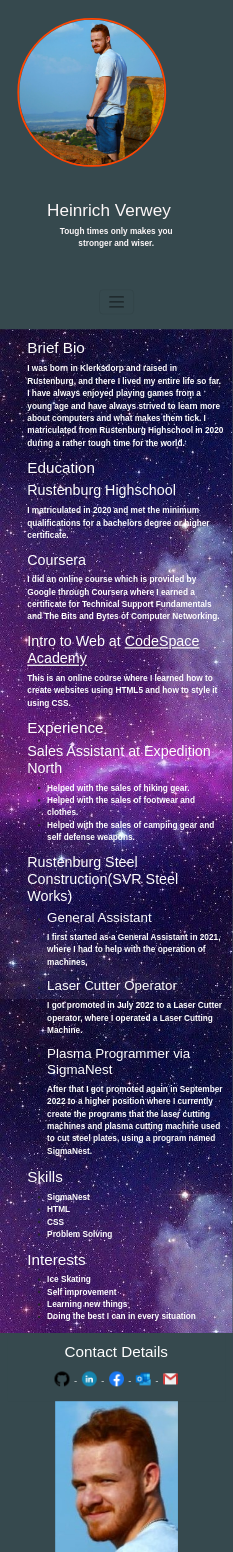
Repository: W3asl3y/IntroToWebDesign
Page: index.html
The author's editor kept a copy of each file at every save. The page is drawn from the files as they stood at one save, then again after the next save.
The browser window is 375 px wide. The pictures show the whole page, at 62% of full size.

Above is the page before, as saved 2022-12-09 16:16:44.

### index.html
<!DOCTYPE html>
<html lang="en">
    <head>
        <meta charset="UTF-8">
        <meta http-equiv="X-UA-Compatible" content="IE=edge">
        <meta name="viewport" content="width=device-width, initial-scale=1.0">

        <title>
            My Resume
        </title>

        <link rel="stylesheet" href="https://cdn.jsdelivr.net/npm/bootstrap@5.2.3/dist/css/bootstrap.min.css" integrity="sha384-rbsA2VBKQhggwzxH7pPCaAqO46MgnOM80zW1RWuH61DGLwZJEdK2Kadq2F9CUG65" crossorigin="anonymous">

        <link rel="stylesheet" type="text/css" href="css/stylesheet.css">

        <script src="https://cdn.jsdelivr.net/npm/bootstrap@5.2.3/dist/js/bootstrap.bundle.min.js" integrity="sha384-kenU1KFdBIe4zVF0s0G1M5b4hcpxyD9F7jL+jjXkk+Q2h455rYXK/7HAuoJl+0I4" crossorigin="anonymous"></script>

    </head>
    <body class="body">

        <header id="heading">

                    <nav class="navbar navbar-expand-lg bg-transparent">

                        <div class="container-fluid m-0">
                                 <a class="navbar-brand" href="#"><img id="profile_picture" src="images/Heinrich.jpg" alt="My profile picture" ></a>
                        </div>

                        <div class="container m-5">
                            <h1>
                                Heinrich Verwey
                            </h1>
                            <p>
                                Tough times only makes you stronger and wiser.
                            </p>
                        </div>

                                 <button class="navbar-toggler m-auto" type="button" data-bs-toggle="collapse" data-bs-target="#navbarSupportedContent" aria-controls="navbarSupportedContent" aria-expanded="false" aria-label="Toggle navigation">
                                    <span class="navbar-toggler-icon"></span>
                                </button>

                                <div class="collapse navbar-collapse" id="navbarSupportedContent">
                                    <ul class="navbar-nav me-auto mb-2 mb-lg-0">
                                        <li class="nav-item">
                                            <a class="nav-link active" aria-current="page" href="#">Home</a>
                                        </li>
                                        <li class="nav-item">
                                            <a class="nav-link" href="#brief_bio"> Brief Bio </a>
                                        </li>
                                        <li class="nav-item dropdown">
                                            <a class="nav-link" href="#education"> Education </a>
                                        </li>
                                        <li class="nav-item">
                                            <a class="nav-link" href="#experience"> Experience </a>
                                        </li>
                                        <li class="nav-item">
                                            <a class="nav-link" href="#skills"> Skills </a>
                                        </li>
                                        <li class="nav-item">
                                             <a class="nav-link" href="#interests"> Interests </a>
                                        </li>
                                    </ul>
                                </div>

                            </div>

                        </div>

                    </nav>

                </div>

            </div>

        </header>

        <div class="backgroundImage">

        <main>
            <div class="container" style="padding-top: 1rem">
                <div class="row">
                    <div class="col-12">
                        <article id="contents">
                            <h2 id="brief_bio">
                                Brief Bio
                            </h2>
                            <p>
                                I was born in Klerksdorp and raised in Rustenburg, and there I lived my entire life so far. I have always enjoyed playing games from a young age and have always strived to learn more about computers and what makes them tick. I matriculated from Rustenburg Highschool in 2020 during a rather tough time for the world.
                            </p>
                            <h2 id=education>
                                Education
                            </h2>
                            <h3>
                                Rustenburg Highschool
                            </h3>
                            <p>
                                I matriculated in 2020 and met the minimum qualifications for a bachelors degree or higher certificate.
                            </p>
                            <h3>
                                Coursera
                            </h3>
                            <p>
                                I did an online course which is provided by Google through Coursera where I earned a certificate for Technical Support Fundamentals and The Bits and Bytes of Computer Networking.
                            </p>
                            <h3>
                                Intro to Web at <a id="codespace" href="https://www.codespace.co.za/courses/frontend-web-development/">CodeSpace Academy</a>
                            </h3>
                            <p>
                                This is an online course where I learned how to create websites using HTML5 and how to style it using CSS.
                            </p>
                            </h3>
                            <h2 id="experience">
                                Experience
                            </h2>
                            <h3>
                                Sales Assistant at Expedition North
                            </h3>
                            <ul>
                                <li>
                                    Helped with the sales of hiking gear.
                                </li>
                                <li>
                                    Helped with the sales of footwear and clothes.
                                </li>
                                <li>
                                    Helped with the sales of camping gear and self defense weapons.
                                </li>
                            </ul>
                            <h3>
                                Rustenburg Steel Construction(SVR Steel Works)
                            </h3>
                            <ul>
                                <li>
                                    <h4>
                                        General Assistant
                                    </h4>
                                        <p>
                                            I first started as a General Assistant in 2021, where I had to help with the operation of machines.
                                        </p>
                                </li>
                                <li>
                                    <h4>
                                        Laser Cutter Operator
                                    </h4>
                                        <p>
                                            I got promoted in July 2022 to a Laser Cutter operator, where I operated a Laser Cutting Machine.
                                        </p>
                                </li>
                                <li>
                                    <h4>
                                        Plasma Programmer via SigmaNest
                                    </h4>
                                        <p>
                                            After that I got promoted again in September 2022 to a higher position where I currently create the programs that the laser cutting machines and plasma cutting machine used to cut steel plates, using a program named SigmaNest.
                                        </p>
                                </li>
                            </ul>
                            <h2 id="skills">
                                Skills
                            </h2>
                            <ul>
                                <li>
                                    SigmaNest
                                </li>
                                <li>
                                    HTML
                                </li>
                                <li>
                                    CSS
                                </li>
                                <li>
                                    Problem Solving
                                </li>
                            </ul>
                            <h2 id="interests">
                                Interests
                            </h2>
                            <ul>
                                <li>
                                    Ice Skating
                                </li>
                                <li>
                                    Self improvement
                                </li>
                                <li>
                                    Learning new things
                                </li>
                                <li>
                                    Doing the best I can in every situation
                                </li>
                            </ul>
                        </article>
                    </div>
                </div>
            </div>

        </main>

        </div>
        <div class="container text-center" >
            <footer class="footer">
                <h2>
                    Contact Details
                </h2>
                    <a href="https://github.com/W3asl3y" target="_blank">
                        <img class="my_contacts" src="Images\Github-22.png" alt="My Github">
                    </a>
                    <a href="https://www.linkedin.com/in/heinrich-verwey-1627a7205/" target="_blank">
                        <img class="my_contacts" src="Images\LinkedIn.webp" alt="My LinkedIn">
                    </a>
                    <a  href="https://www.facebook.com/heinrich.verwey.79/" target="_blank">
                        <img class="my_contacts" src="Images\Facebook.webp" alt=" My Facebook">
                    </a>
                    <a href="mailto:verwey41@outlook.com" target="_blank">
                        <img class="my_contacts" src="Images\Microsoft-Outlook-01.png" alt="My Outlook Email">
                    </a>
                    <a href="https://mail.google.com/mail/u/0/#inbox?compose=DmwnWrRpddMlNTSjFqkttlfhgGgSTqTdZwvhCZbHGPMFCZvZVTDvqlDvZQjtBGtGFFxcnhXPNVnl" target="_blank">
                        <img class="my_contacts" src="Images\Gmail.webp" alt="My Gmail Email">
                    </a>

            </footer>
        </div>

        <div class="pictureOfMe">
            <picture>
                <source media="(max-width: 650px)" srcset="Images\Heinrich-H.jpg">
                <source media="(max-width: 1400px)" srcset="Images\Heinrich-HS.jpg">
                <img src="Images\Heinrich.jpg" alt="It is a picture of me">
            </picture>
        </div>

    </body>
</html

### CSS/stylesheet.css
* { box-sizing: border-box }

.body{
     font-family:sans-serif;

     font-weight: bolder;
     background-color:  #36494e ;
     display: flex;
     flex-direction: column;
}

.backgroundImage {
     background-image: url("/images/background-image.jpg");
     background-size: auto;

}

main {
     display: flex;
     flex-direction: row;
     overflow: unset;
     -webkit-text-fill-color: white;
}

header {
     text-align: center;
    -webkit-text-fill-color: #FCF7F8;
     background-color: #36494e;
     padding: 1rem;
}



#profile_picture {
     width: 15rem;
     border-radius: 50%;
     border: 3px solid orangered;
}

#profile_picture:hover {
     width: 30rem;
     animation-name: profilePicture;
     animation-duration: 3s;
 }

 @keyframes profilePicture {
     from {
         width: 15rem;
     }

     to {
         width: 30rem;
     }

 }


#contents {
     padding-left: 2rem;
     background-color: transparent;
     background-image: none;
}

#codespace:hover {
     color: white;
}

a:link {
     color: blue;
}

a:visited {
     color: blue;
}

.my_contacts {
     width: 40px;
     padding: 0.5rem;
}



footer {
     background-color: #36494e;
     text-align: center;
     -webkit-text-fill-color: white;
     padding: 1rem;
     justify-content: center;
}


.pictureOfMe {
     align-self: center;
}

@media  screen and (max-width:600px){
     .body {
          font-size: smaller;
          text-size-adjust: 80%;
     }
     #contents {
          width: auto;
     }
     .backgroundImage {
          width: auto;
     }
}

@media screen and (max-width:1000px) {
     #contents {
          width: auto;
     }
     .backgroundImage {
          width: auto;
     }

}

@media screen and (min-width:1000px) {
     .body {
          text-size-adjust: 400%;
     }
     #contents {
          width: auto;
     }
     .backgroundImage {
          width: auto;
     }

}

After the next save:
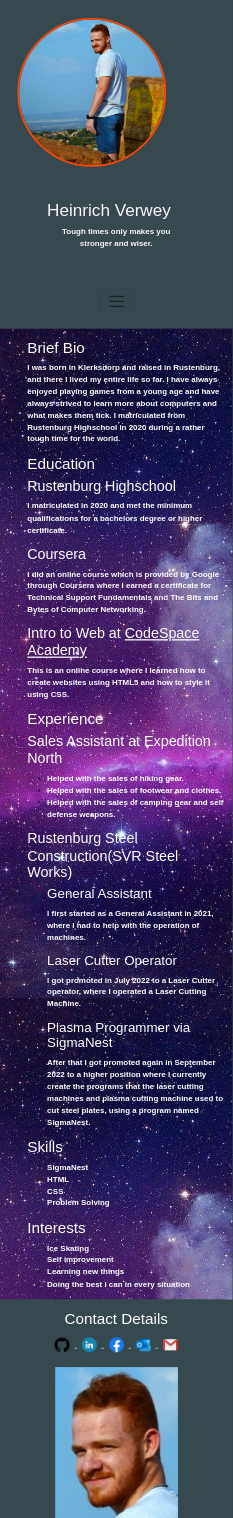
Saved 13 s later.
--- a/CSS/stylesheet.css
+++ b/CSS/stylesheet.css
@@ -95,7 +95,7 @@ footer {
 
 @media  screen and (max-width:600px){
      .body {
-          font-size: smaller;
+          font-size: 80%;
           text-size-adjust: 80%;
      }
      #contents {
